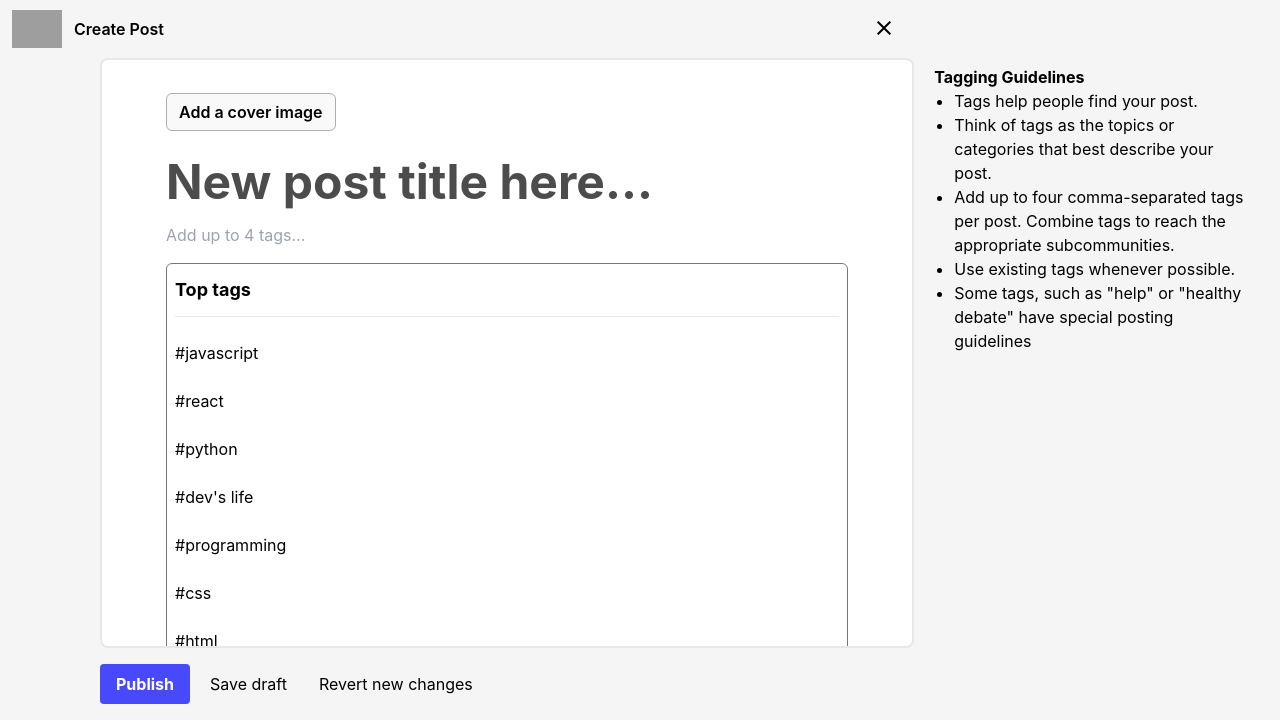
Repository: dat-nguyen-2001/Dev.to
Page: /new (app in client/)
The author's editor kept a copy of each file at every save. The page is drawn from the files as they stood at one save, then again after the next save.
The browser window is 1280 px wide. The pictures show the whole page.
Pictures or frames that could not be fetched are drawn as grey boxes. An inner scrolling area shows only its first screen. The project was rebuilt for these pictures with package versions that can differ from the ones it lists, and the page was loaded fresh each time. Also part of the build but not shown: client/src/components/Footer.tsx, client/src/components/nav/GuestNav.tsx, client/src/components/nav/NavBar.tsx, client/src/components/Layout.tsx, client/src/pages/about.tsx, client/src/components/SignInForm.tsx, client/src/components/SignInPlatform.tsx, client/src/pages/enter.tsx and 1 more.

Above is the page before, as saved 2022-09-25 12:07:55.

After the next save:
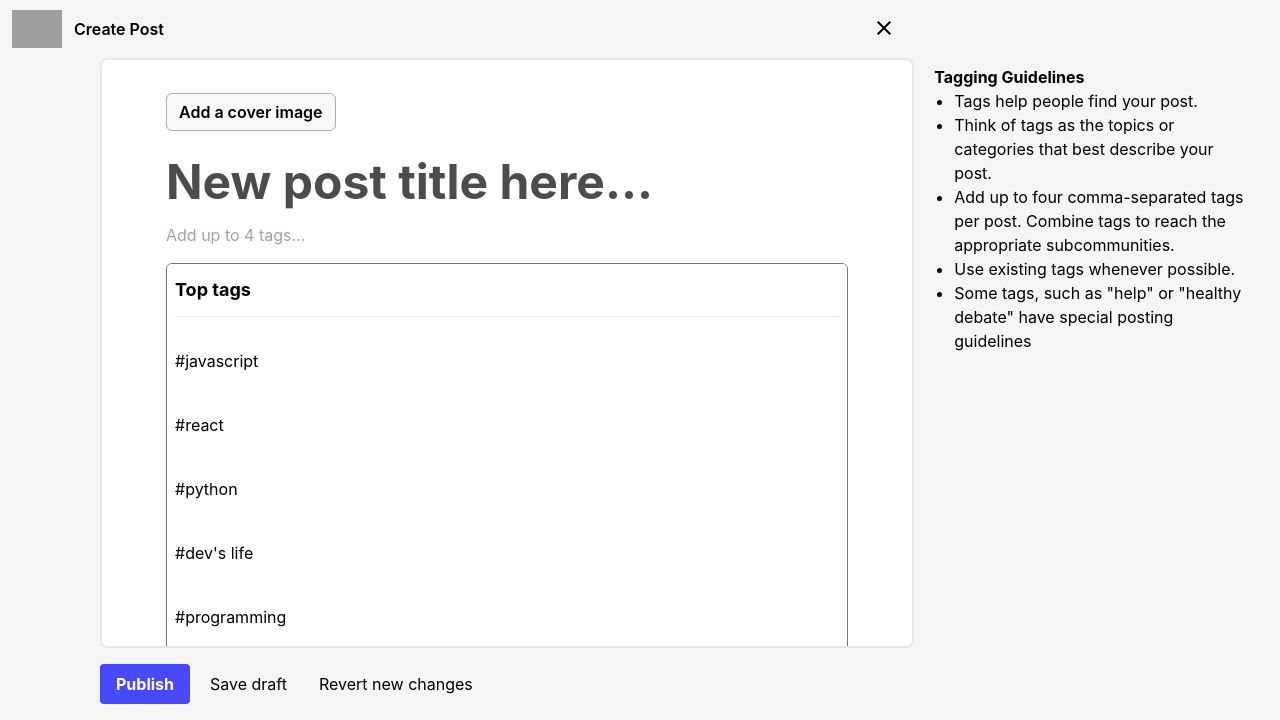
Saved 13 s later.
--- a/client/src/pages/new.tsx
+++ b/client/src/pages/new.tsx
@@ -80,7 +80,7 @@ const New = () => {
                             <hr></hr>
                             <ul className='flex flex-col space-y-0 cursor-pointer pt-3'>
                                 {tags.map(tag => (
-                                    <li key={tag} className='py-3 hover:text-[#3e45b2] hover:bg-[#f5f5f5]'>#{tag}</li>
+                                    <li key={tag} className='py-5 hover:text-[#3e45b2] hover:bg-[#f5f5f5]'>#{tag}</li>
                                 ))}
                             </ul>
                         </div>
